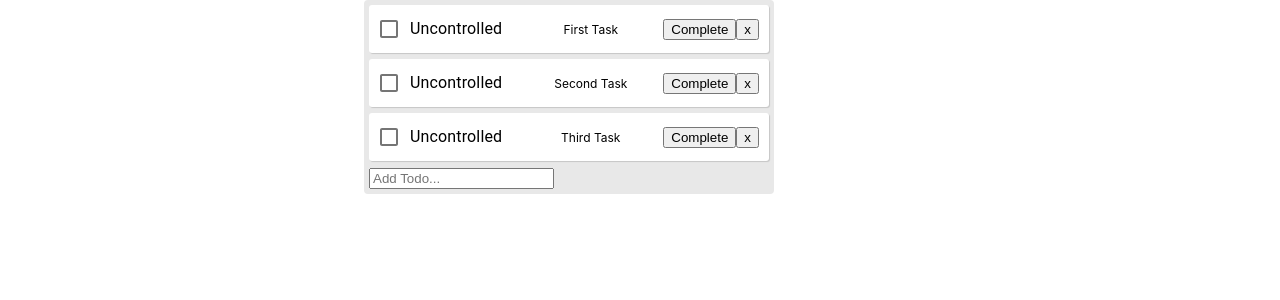
Repository: raphaelconstantino/todo-instances
Page: /
These files come from the project's save history. The page is drawn as it stood at one moment and after a run of saves; the edit follows.
The browser window is 1280 px wide. The pictures show the whole page.
The project was rebuilt for these pictures with package versions that can differ from the ones it lists, and the page was loaded fresh each time.

Above is the page before, as saved 2019-10-18 13:29:52.

### src/App.js
import React, { useState } from 'react';
import Container from '@material-ui/core/Container';
import FormGroup from '@material-ui/core/FormGroup';
import FormControlLabel from '@material-ui/core/FormControlLabel';
import Checkbox from '@material-ui/core/Checkbox';

import './App.css'

function Todo({ todo, index, completeTodo, deleteTodo }) {
  return (
    <div style={{ textDecoration: todo.isCompleted ? 'line-through' : '' }} className="todo">
      <FormControlLabel control={<Checkbox value="checkedC" />} label="Uncontrolled" />
      {todo.text}
      <div>
        <button onClick={() => completeTodo(index)}>Complete</button>
        <button onClick={() => deleteTodo(index)}>x</button>
      </div>
    </div>
  )
}

function TodoForm({ addTodo }) {
  const [value, setValue] = useState('');

  const handleSubmit = e => {
    e.preventDefault();
    if (!value) return;
    addTodo(value);
    setValue('');
  }

  return (
    <form onSubmit={handleSubmit}>
      <input type="text" placeholder="Add Todo..." className="input" value={value} onChange={e => setValue(e.target.value)} />
    </form>
  )
}

function App() {
  const [todos, setTodos] = useState([
    {
      text: "First Task",
      isCompleted: false
    },
    {
      text: "Second Task",
      isCompleted: false
    },
    {
      text: "Third Task",
      isCompleted: false
    }
  ]);

  const addTodo = text => {
    const newTodos = [...todos, { text }];
    setTodos(newTodos)
  }

  const completeTodo = index => {
    const newTodos = [...todos];
    newTodos[index].isCompleted = true;
    setTodos(newTodos);
  }

  const deleteTodo = index => {
    const newTodos = [...todos];
    newTodos.splice(index, 1)
    setTodos(newTodos);
  }

  return (
    <Container maxWidth="sm">
      <div className="app">
        <div className="todo-list">
          {
            todos.map((todo, index) => (
              <Todo key={index} index={index} todo={todo} completeTodo={completeTodo} deleteTodo={deleteTodo} />
            ))
          }
          <TodoForm addTodo={addTodo} />
        </div>
      </div>
    </Container>
  )
}

export default App;

### src/App.css
.todo-list {
  background: #e8e8e8;
  border-radius: 4px;
  padding: 5px;
  max-width: 400px;
}

.todo {
  background: #fff;
  box-shadow: 1px 1px 1px rgba(0, 0, 0, 0.15);
  padding: 3px 10px;
  font-size: 12px;
  margin-bottom: 6px;
  border-radius: 3px;
  display: flex;
  align-items: center;
  justify-content: space-between;
}

Loaded but not shown: public/index.html (common file); src/index.js (common file); src/index.css (common file); src/serviceWorker.js (common file)

After the next 2 saves:
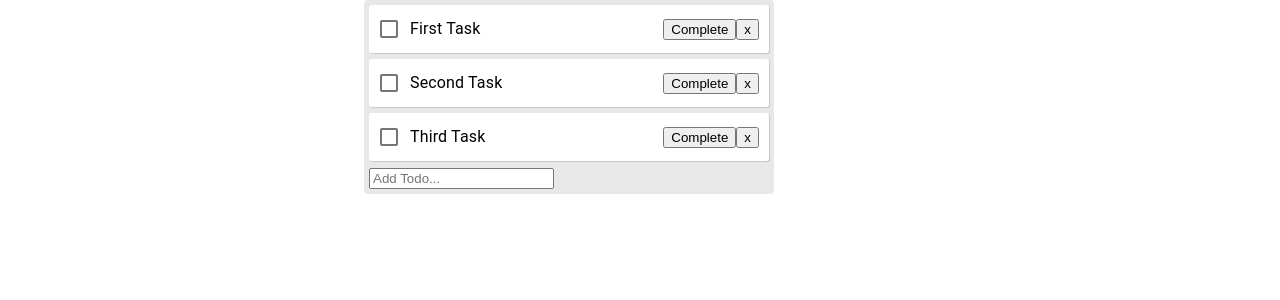
The 2 saves are shown as one change because 1 did not build or start.
The last was saved 65 s later.
--- a/src/App.js
+++ b/src/App.js
@@ -1,6 +1,5 @@
 import React, { useState } from 'react';
 import Container from '@material-ui/core/Container';
-import FormGroup from '@material-ui/core/FormGroup';
 import FormControlLabel from '@material-ui/core/FormControlLabel';
 import Checkbox from '@material-ui/core/Checkbox';
 
@@ -9,8 +8,7 @@ import './App.css'
 function Todo({ todo, index, completeTodo, deleteTodo }) {
   return (
     <div style={{ textDecoration: todo.isCompleted ? 'line-through' : '' }} className="todo">
-      <FormControlLabel control={<Checkbox value="checkedC" />} label="Uncontrolled" />
-      {todo.text}
+      <FormControlLabel control={<Checkbox value="checkedC" />} label={todo.text} />
       <div>
         <button onClick={() => completeTodo(index)}>Complete</button>
         <button onClick={() => deleteTodo(index)}>x</button>
